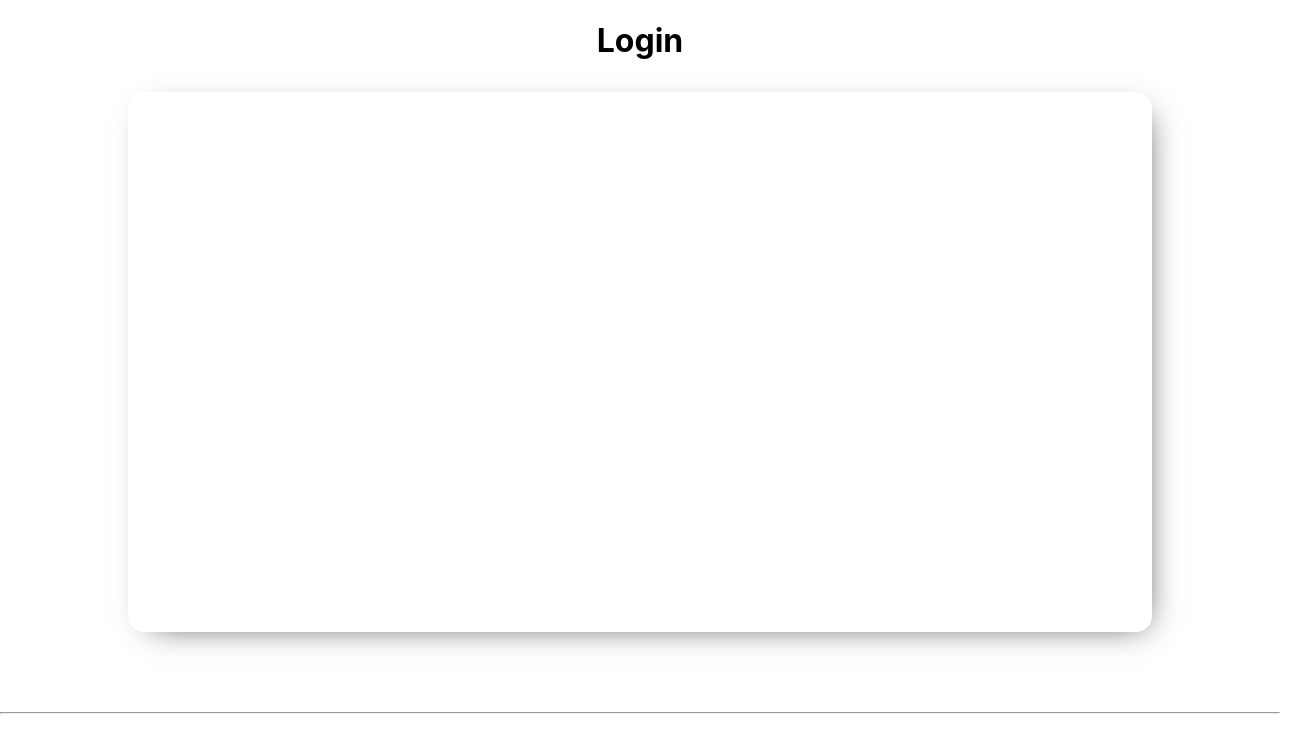
Repository: TendaniSadiki/revelation-e-commerce
Page: /login
The author's editor kept a copy of each file at every save. The page is drawn from the files as they stood at one save, then again after the next save.
The browser window is 1280 px wide. The page is 1280 px wide, then 1312 px, so the pictures cover 1312 px, including what lies to the right of the window. The pictures show the whole page.
The project was rebuilt for these pictures with package versions that can differ from the ones it lists, and the page was loaded fresh each time. Also part of the build but not shown: src/Components/Navbar.css, src/Components/Navbar.js, src/Components/CardStyle.css, src/Components/IndividualProduct.js, src/Components/Products.js, src/Components/IndividualCartProduct.js, src/Components/CartProduct.js, src/Components/Home.js and 8 more. Imported but missing from the stored project, and not drawn on this page: src/Components/Pages/Sale/Sale.

Above is the page before, as saved 2022-11-10 15:14:51.

### src/App.js
import logo from './logo.svg';
import './App.css';
import { Home } from './Components/Home';
import {BrowserRouter,Routes,Route} from 'react-router-dom'
import { Login } from './Components/Login';
import { Signup } from './Components/Signup';
import { NotFound } from './Components/NotFound';

import { Cart } from './Components/Cart';
import { AddProduct } from './Components/AddProduct';
import ProductView from './Components/ProductView';
import Sale from './Components/Pages/Sale/Sale';
import Summer from './Components/Pages/Summer/Summer';
import Winter from './Components/Pages/Sale/Sale';
import Accessories from './Components/Pages/Accessories/Accessories';



function App() {
  return (
    <div className="App">
      <BrowserRouter>

      <Routes>
        <Route path="/" element={<Home/>}/>
        <Route path="/login" element={<Login/>}/>
        <Route path ="/signup" element={<Signup/>}/>
        <Route path ="/cart" element={<Cart/>}/>
        <Route path = '/add-product' element={<AddProduct/>}/>
        <Route path = '/product-view' element={<ProductView/>}/>
        <Route path ='/sale' element={<Sale/>}/>
        <Route path = '/summer' element={<Summer/>}/>
        <Route path = '/winter' element={<Winter/>}/>
        <Route path = '/accessories' element={<Accessories/>} />



      </Routes>
      </BrowserRouter>


    </div>
  );
}

export default App;

### src/Components/Login.js
import React,{useState} from 'react'
import fire from '../Config/Config';
import {Link, useNavigate} from 'react-router-dom'
import './Login.css'
export const Login = () => {
    const navigate = useNavigate();
    const [email ,setEmail] = useState("");
    const [password, setPassword]= useState("");
    const [errorMsg ,setErrorMsg] = useState("");
    const [succcessMsg, setSuccessMsg]= useState("");


    const handleLogin=(e)=>{
        e.preventDefault()
        fire.auth().signInWithEmailAndPassword(email,password).then((credentials)=>{
            console.log(credentials)
                setSuccessMsg("Login Successfull. You will be redirected to Home")

                setEmail("");
                setPassword("");
                setErrorMsg("");
              setTimeout(()=>{
                setSuccessMsg("");
                navigate("/")
              },3000)

            })


    }

  return (
    <div className="main-Login">
       <h1>Login</h1>
       <div className="login-contain"></div>
    <br></br>
    <br></br>

    <hr></hr>
    {succcessMsg&& <>
    <div className='success-msg'>{succcessMsg}</div>
    <br></br>
    </>}

    <div className="left-side"></div>
    <div className="right-side"></div>

    {errorMsg&& <>
        <div className='error-msg'>{errorMsg}</div>
        <br></br>
    </>}
    </div>
  )
}

### src/Config/Config.js
import firebase from 'firebase/compat/app';
import 'firebase/compat/auth';
import 'firebase/compat/firestore';
import 'firebase/compat/storage'
const config = {
    // apiKey: "AIzaSyB8CB9NLa1vbsREct9x7r2QWNzl0fXx3YA",
    // authDomain: "apparelbase-76671.firebaseapp.com",
    // projectId: "apparelbase-76671",
    // storageBucket: "apparelbase-76671.appspot.com",
    // messagingSenderId: "101281494605",
    // appId: "1:101281494605:web:acb62d132a8456585d8e04",
    // measurementId: "G-S25VVVM4TB"
    apiKey: "AIzaSyDG8_Lz9ggCm-gA1UM6TftJoSnTX7m-NWw",
    authDomain: "revelationapp-390bd.firebaseapp.com",
    databaseURL: "https://revelationapp-390bd-default-rtdb.firebaseio.com",
    projectId: "revelationapp-390bd",
    storageBucket: "revelationapp-390bd.appspot.com",
    messagingSenderId: "465444417647",
    appId: "1:465444417647:web:d4d93f9638925eab26dd9a"
};


const fire = firebase.initializeApp(config);
export const storage  = fire.storage();
export const db = fire.firestore();
export const auth = fire.auth()

export default fire;

### src/Components/Login.css


.main-login{
    min-height: 100vh;
    min-width: 100vw;
    overflow-x:hidden ;
    background: linear-gradient(to right, rgba(255,255,255) 50% );

}

.login-contain{
        height: 75vh;
        width: 80%;
        background: linear-gradient(to right bottom, rgba(236,236,236. 0.7), rgba(236,236,236, 0.3));
        border-radius: 1rem;
        margin: 2rem auto;
        box-shadow: 0.5rem 0.5rem 2rem -1rem rgb(57, 57, 57);
        display: flex;
        justify-content: center;
        align-items: center;
}

.left-side{
    margin: 2rem 2rem;
    box-shadow: 0.5rem 0.5rem 2rem -1rem rgb(58, 57, 57);
    height: 80%;
    width: 100%;
}
.right-side{
    margin: 2rem 2rem;
    box-shadow: 0.5rem 0.5rem 2rem -1rem rgb(58, 57, 57);
    height: 80%;
    width: 100%;
}

Loaded but not shown: public/index.html (common file); src/index.js (common file); src/index.css (common file); src/reportWebVitals.js (common file); src/App.css (common file)

After the next save:
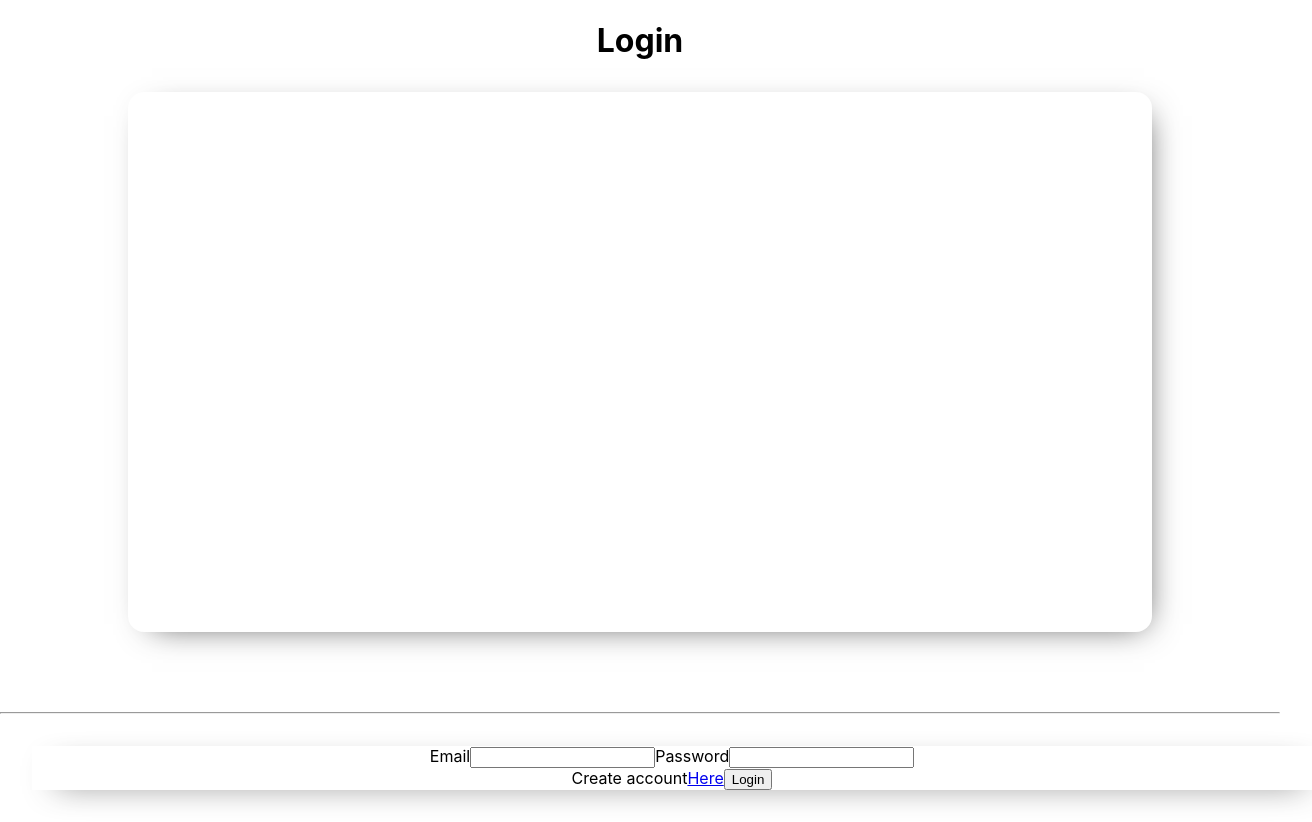
Saved 4 s later.
--- a/src/Components/Login.js
+++ b/src/Components/Login.js
@@ -42,7 +42,21 @@ export const Login = () => {
     <br></br>
     </>}
 
-    <div className="left-side"></div>
+    <div className="left-side">
+    <form className='form-group' autoComplete='off' onSubmit={handleLogin}>
+
+        <lable>Email</lable>
+        <input type='email' className='form-control' required onChange={(e)=>setEmail(e.target.value)} value={email}/>
+        <lable>Password</lable>
+        <input type='password' className='form-control' required onChange={(e)=>setPassword(e.target.value)} value={password}/>
+        <br></br>
+       <div className='btn-box'>
+        <span>Create account
+            <Link to="/signup" className="text">Here</Link></span>
+            <button type='submit' className="login-btn">Login</button>
+       </div>
+    </form>
+    </div>
     <div className="right-side"></div>
 
     {errorMsg&& <>
